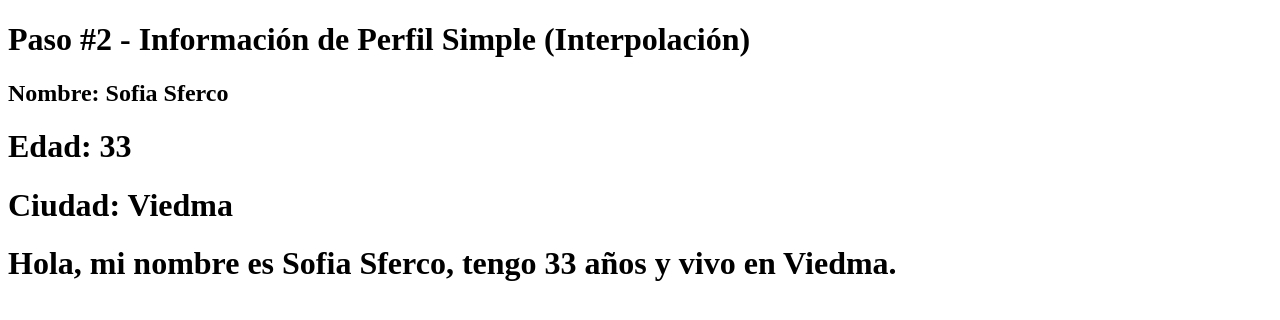
Repository: SofiaSferco/PWA-2026
Page: practico01/index.html
The author's editor kept a copy of each file at every save. The page is drawn from the files as they stood at one save, then again after the next save.
The browser window is 1280 px wide. The pictures show the whole page.

Above is the page before, as saved 2026-09-10 00:13:31.

After the next save:
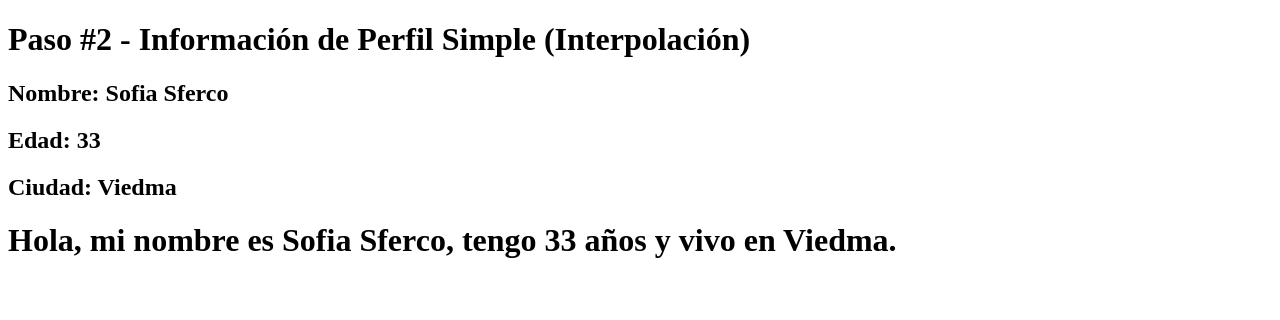
Saved 15 s later.
--- a/practico01/index.html
+++ b/practico01/index.html
@@ -9,8 +9,8 @@
     <div id="app">
         <h1>Paso #2 - Información de Perfil Simple (Interpolación)</h1>
         <h2>Nombre: {{nombre}}</h2>
-        <h1>Edad: {{edad}}</h1>
-        <h1>Ciudad: {{ciudad}}</h1>
+        <h2>Edad: {{edad}}</h1>
+        <h2>Ciudad: {{ciudad}}</h1>
         <h1>Hola, mi nombre es {{nombre}}, tengo {{edad}} años y vivo en {{ciudad}}.</h1>
     </div>
     <script>
